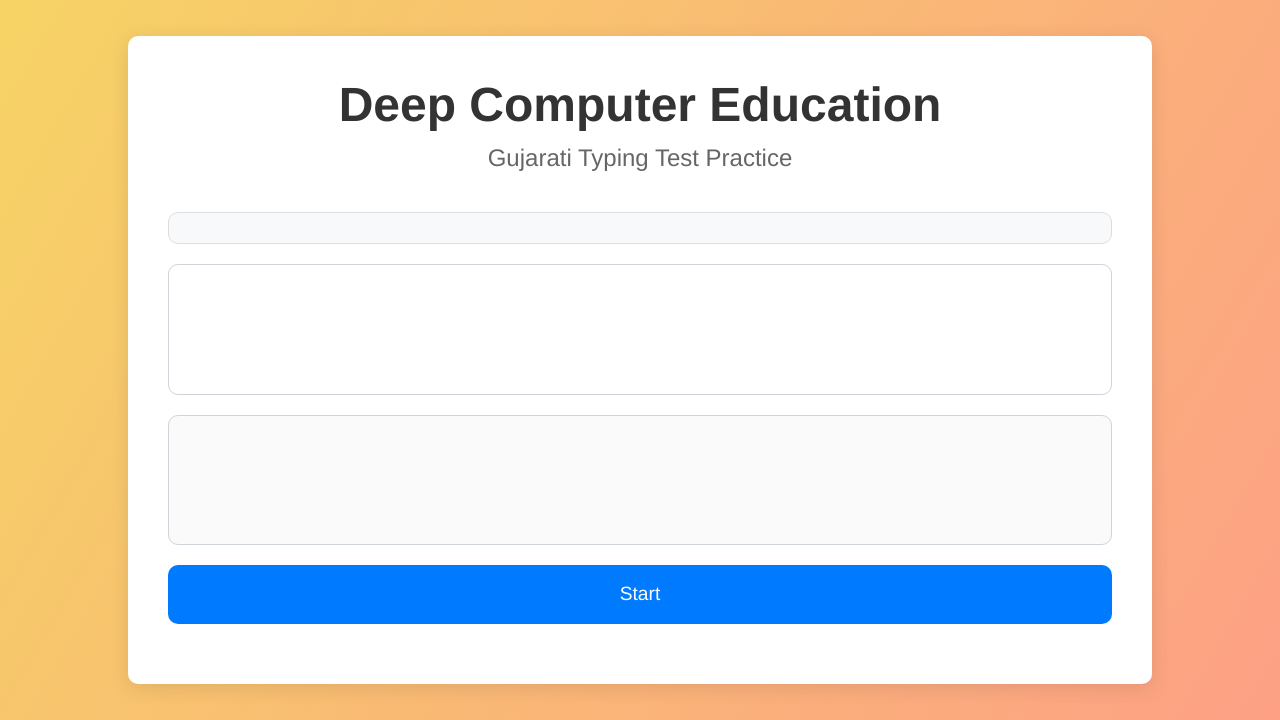
Repository: ssj27072002/Gujarati-typing-test
Page: typingGame/typingTest.html
These files come from the project's save history. The page is drawn as it stood at one moment and after a run of saves; the edit follows.
The browser window is 1280 px wide. The pictures show the whole page.

Above is the page before, as saved 2024-06-25 14:40:13.
Console error: SyntaxError: Unexpected number

### typingGame/typingTest.html
<!DOCTYPE html>
<html lang="en">
<head>
    <meta charset="UTF-8">
    <meta name="viewport" content="width=device-width, initial-scale=1.0">
    <title>Gujarati Typing Test</title>
    <link href="https://stackpath.bootstrapcdn.com/bootstrap/4.5.2/css/bootstrap.min.css" rel="stylesheet">
    <link rel="stylesheet" href="css/style.css">
</head>
<body>
    <div class="typing-section">
        <div class="header">
            <h1>Deep Computer Education</h1>
            <h2>Gujarati Typing Test Practice</h2>
            <div class="timer" id="show-time"></div>
        </div>
        <div id="showSentence" class="scrollable-paragraph"></div>
        <div id="coloredText" class="styled-textarea"></div>
        <textarea id="textarea" class="styled-textarea" disabled></textarea>
        <button id="btn" class="styled-button">Start</button>
        <div id="score"></div>
    </div>
    <script src="js/index.js"></script>
</body>
</html>

### typingGame/css/style.css
/* General Styles */
body {
    font-family: 'Helvetica Neue', sans-serif;
    background: linear-gradient(120deg, #f6d365 0%, #fda085 100%);
    margin: 0;
    padding: 0;
    display: flex;
    justify-content: center;
    align-items: center;
    height: 100vh;
    box-sizing: border-box;
    overflow: hidden;
}

/* Index Page Styles */
.lesson-section {
    background-color: #ffffff;
    padding: 40px;
    border-radius: 10px;
    box-shadow: 0 4px 20px rgba(0, 0, 0, 0.1);
    text-align: center;
    width: 80%;
    max-width: 1200px;
    height: 80%;
    display: flex;
    flex-direction: column;
    justify-content: center;
    align-items: center;
}

.header {
    margin-bottom: 30px;
}

.header h1 {
    font-size: 2.5rem;
    font-weight: bold;
    color: #333;
    margin-bottom: 10px;
}

.header h2 {
    font-size: 1.5rem;
    color: #666;
}

.lessons {
    display: flex;
    justify-content: space-between;
    width: 100%;
    max-width: 800px;
}

.lesson-card {
    background-color: #17a2b8;
    color: #fff;
    padding: 20px;
    border-radius: 10px;
    cursor: pointer;
    transition: background-color 0.3s, transform 0.3s;
    flex: 1;
    margin: 0 10px;
    text-align: center;
    font-size: 1.2rem;
    font-weight: 500;
}

.lesson-card:hover {
    background-color: #138496;
    transform: scale(1.05);
}

/* Typing Test Page Styles */
.typing-section {
    background-color: #ffffff;
    padding: 40px;
    border-radius: 10px;
    box-shadow: 0 4px 20px rgba(0, 0, 0, 0.1);
    text-align: center;
    width: 80%;
    max-width: 1200px;
    height: 90%;
    display: flex;
    flex-direction: column;
    justify-content: space-between;
}

.header {
    margin-bottom: 20px;
}

.header h1 {
    font-size: 3rem;
    font-weight: bold;
    color: #333;
    margin-bottom: 10px;
}

.header h2 {
    font-size: 1.5rem;
    color: #666;
}

.timer {
    font-size: 2rem;
    color: #333;
    margin-bottom: 20px;
}

#showSentence {
    max-height: 150px;
    overflow-y: auto;
    margin-bottom: 20px;
    font-size: 1.2rem;
    text-align: left;
    border: 1px solid #ddd;
    border-radius: 10px;
    padding: 15px;
    background-color: #f8f9fa;
}

#coloredText {
    margin-bottom: 20px;
    font-size: 1.2rem;
    text-align: left;
    white-space: pre-wrap;
    word-wrap: break-word;
}

.styled-textarea {
    width: 100%;
    height: 150px;
    padding: 20px;
    border-radius: 10px;
    border: 1px solid #ced4da;
    font-size: 1.5rem;
    margin-bottom: 20px;
    resize: none;
}

.styled-button {
    padding: 15px 30px;
    border: none;
    border-radius: 10px;
    background-color: #007bff;
    color: #fff;
    font-size: 1.2rem;
    cursor: pointer;
    transition: background-color 0.3s, transform 0.3s;
}

.styled-button:hover {
    background-color: #0056b3;
    transform: scale(1.05);
}

.styled-button:disabled {
    background-color: #aaa;
    cursor: not-allowed;
}

.error {
    color: #dc3545;
}

.correct {
    color: #28a745;
}

#score {
    font-size: 1.2rem;
    color: #333;
    margin-top: 20px;
}

### typingGame/js/index.js
document.addEventListener('DOMContentLoaded', function () {
    const typingGround = document.querySelector('#textarea');
    const btn = document.querySelector('#btn');
    const score = document.querySelector('#score');
    const showSentence = document.querySelector('#showSentence');
    const showTime = document.querySelector('#show-time');
    const coloredText = document.querySelector('#coloredText');

    const urlParams = new URLSearchParams(window.location.search);
    const lesson = urlParams.get('lesson');

    let startTime, endTime, totalTimeTaken, sentenceToWrite;
    let correctWords = 0, backspaceCount = 0;

    const paragraphs = {
        1: `ક ખ ગ ઘ ઙ ચ છ જ ઝ ઞ ટ ઠ ડ ઢ ણ ત થ દ ધ ન પ ફ બ ભ મ ય ર લ વ શ ષ સ હ ળ ક્ષ જ્ઞ`,
        3: `બકમા વછીસ બકમા વછીસ બકમા વછીસ બકમા વછીસ બકમા વછીસ`,
        4: `સરસ સહજ સત્ય સાવચેતી, સાવકે સજળ સરોવર સહનશે.`,
        5: `પ્રેમાનંદ ભટ્ટ મધ્યકાલીન ગુજરાતી કવિ હતા. તેઓ પોતાની અખૈયા રચનાઓ માટે જાણીતા છે. પ્રેમાનંદ માણભટ્ટની પરંપરાનાં કવિ મનાય છે.`,
        6: `ક ખ ગ ઘ ઙ ચ છ જ ઝ ઞ ટ ઠ ડ ઢ ણ ત થ દ ધ ન પ ફ બ ભ મ ય ર લ વ શ ષ સ હ ળ ક્ષ જ્ઞ`,
        7: `બકમા વછીસ બકમા વછીસ બકમા વછીસ બકમા વછીસ બકમા વછીસ`,
        8: `સરસ સહજ સત્ય સાવચેતી, સાવકે સજળ સરોવર સહનશે.`,
        9: `પ્રેમાનંદ ભટ્ટ મધ્યકાલીન ગુજરાતી કવિ હતા. તેઓ પોતાની અખૈયા રચનાઓ માટે જાણીતા છે. પ્રેમાનંદ માણભટ્ટની પરંપરાનાં કવિ મનાય છે.`,
        10: `ક ખ ગ ઘ ઙ ચ છ જ ઝ ઞ ટ ઠ ડ ઢ ણ ત થ દ ધ ન પ ફ બ ભ મ ય ર લ વ શ ષ સ હ ળ ક્ષ જ્ઞ`,
        11: `બકમા વછીસ બકમા વછીસ બકમા વછીસ બકમા વછીસ બકમા વછીસ`,
        12: `સરસ સહજ સત્ય સાવચેતી, સાવકે સજળ સરોવર સહનશે.`,
        13: `પ્રેમાનંદ ભટ્ટ મધ્યકાલીન ગુજરાતી કવિ હતા. તેઓ પોતાની અખૈયા રચનાઓ માટે જાણીતા છે. પ્રેમાનંદ માણભટ્ટની પરંપરાનાં કવિ મનાય છે.`,
        14: `ક ખ ગ ઘ ઙ ચ છ જ ઝ ઞ ટ ઠ ડ ઢ ણ ત થ દ ધ ન પ ફ બ ભ મ ય ર લ વ શ ષ સ હ ળ ક્ષ જ્ઞ`,
        15: `બકમા વછીસ બકમા વછીસ બકમા વછીસ બકમા વછીસ બકમા વછીસ`,
        1: `સરસ સહજ સત્ય સાવચેતી, સાવકે સજળ સરોવર સહનશે.`,
        2: `પ્રેમાનંદ ભટ્ટ મધ્યકાલીન ગુજરાતી કવિ હતા. તેઓ પોતાની અખૈયા રચનાઓ માટે જાણીતા છે. પ્રેમાનંદ માણભટ્ટની પરંપરાનાં કવિ મનાય છે.`
        3: `ક ખ ગ ઘ ઙ ચ છ જ ઝ ઞ ટ ઠ ડ ઢ ણ ત થ દ ધ ન પ ફ બ ભ મ ય ર લ વ શ ષ સ હ ળ ક્ષ જ્ઞ`,
        3: `બકમા વછીસ બકમા વછીસ બકમા વછીસ બકમા વછીસ બકમા વછીસ`,
        4: `સરસ સહજ સત્ય સાવચેતી, સાવકે સજળ સરોવર સહનશે.`,
        5: `પ્રેમાનંદ ભટ્ટ મધ્યકાલીન ગુજરાતી કવિ હતા. તેઓ પોતાની અખૈયા રચનાઓ માટે જાણીતા છે. પ્રેમાનંદ માણભટ્ટની પરંપરાનાં કવિ મનાય છે.`
        // Add more lessons here
    };

    if (lesson && paragraphs[lesson]) {
        sentenceToWrite = paragraphs[lesson].split(' ');
        showSentence.innerHTML = paragraphs[lesson];
    } else {
        showSentence.innerHTML = 'Invalid lesson selected.';
        btn.setAttribute('disabled', 'true');
        typingGround.setAttribute('disabled', 'true');
    }

    const calculateTypingSpeed = (time_taken) => {
        let typingSpeed = (correctWords / time_taken) * 60;
        typingSpeed = Math.round(typingSpeed);

        const accuracy = Math.round((correctWords / sentenceToWrite.length) * 100);

        score.innerHTML = `Your typing speed is ${typingSpeed} words per minute. Correct words: ${correctWords}, Backspaces: ${backspaceCount}, Accuracy: ${accuracy}%. Time taken: ${time_taken} sec.`;
    };

    const endTypingTest = () => {
        btn.innerText = "Start";
        clearInterval(intervalID);
        const date = new Date();
        endTime = date.getTime();

        totalTimeTaken = (endTime - startTime) / 1000;

        calculateTypingSpeed(totalTimeTaken);

        typingGround.setAttribute('disabled', 'true');
    };

    let intervalID, elapsedTime = 0;

    const showTimer = () => {
        if (btn.innerText === "Done") {
            intervalID = setInterval(() => {
                elapsedTime++;
                showTime.innerHTML = elapsedTime;
            }, 1000);
        } else if (btn.innerText === "Start") {
            elapsedTime = 0;
            clearInterval(intervalID);
            showTime.innerHTML = "";
        }
    };

    const startTyping = () => {
        typingGround.value = '';
        coloredText.innerHTML = '';
        typingGround.removeAttribute('disabled');
        btn.removeAttribute('disabled');
        showSentence.innerHTML = paragraphs[lesson];

        correctWords = 0;
        backspaceCount = 0;

        const date = new Date();
        startTime = date.getTime();
        btn.innerText = "Done";

        showTimer();
    };

    typingGround.addEventListener('input', () => {
        const userInput = typingGround.value.trim();
        const userWords = userInput.split(/\s+/);

        coloredText.innerHTML = '';

        userWords.forEach((word, index) => {
            const span = document.createElement('span');
            if (index < sentenceToWrite.length) {
                if (word === sentenceToWrite[index]) {
                    span.classList.add('correct');
                } else {
                    span.classList.add('error');
                }
                span.textContent = word + ' ';
                coloredText.appendChild(span);
            }
        });

        // Track correct words
        correctWords = userWords.filter((word, index) => word === sentenceToWrite[index]).length;
    });

    typingGround.addEventListener('keydown', (e) => {
        if (e.key === 'Backspace') {
            backspaceCount++;
        }
    });

    btn.addEventListener('click', () => {
        if (btn.innerText.toLowerCase() === "start") {
            startTyping();
        } else if (btn.innerText.toLowerCase() === "done") {
            endTypingTest();
        }
    });
});

After the next 3 saves:
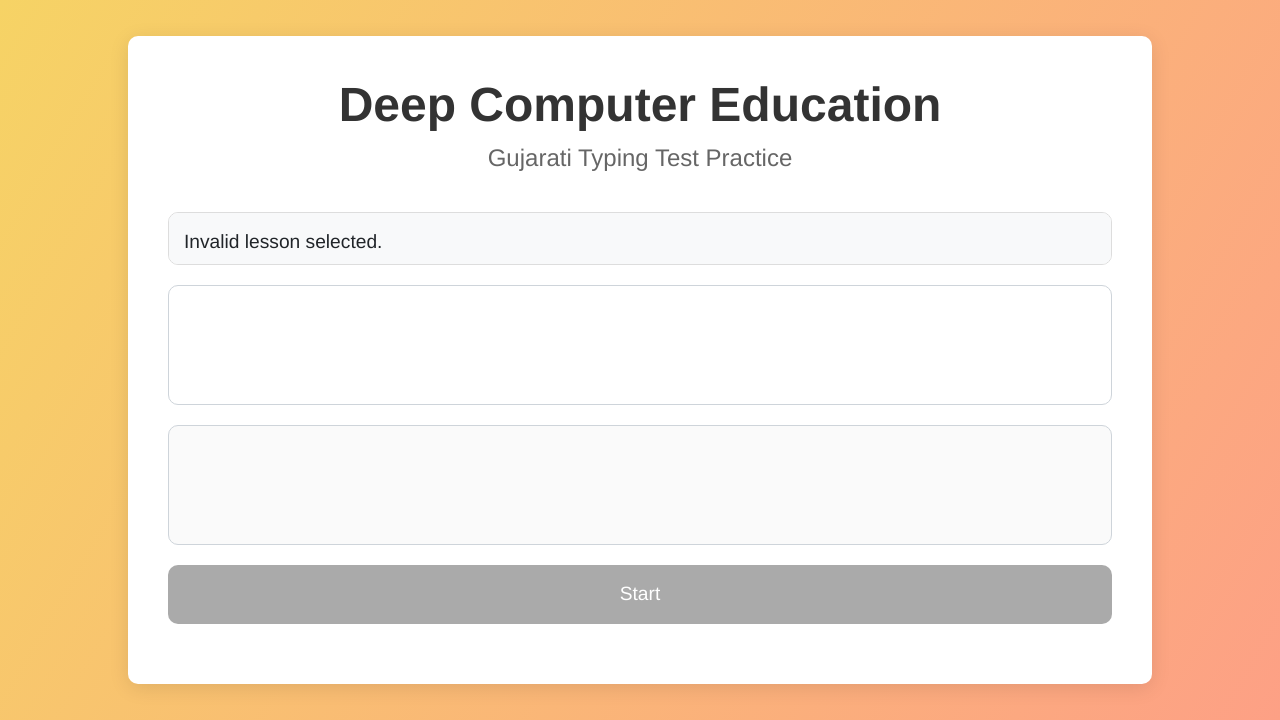
The error is gone.
The 3 saves are shown as one change because they came seconds apart.
The last was saved 8 s later.
--- a/typingGame/js/index.js
+++ b/typingGame/js/index.js
@@ -28,8 +28,12 @@
         14: `ક ખ ગ ઘ ઙ ચ છ જ ઝ ઞ ટ ઠ ડ ઢ ણ ત થ દ ધ ન પ ફ બ ભ મ ય ર લ વ શ ષ સ હ ળ ક્ષ જ્ઞ`,
         15: `બકમા વછીસ બકમા વછીસ બકમા વછીસ બકમા વછીસ બકમા વછીસ`,
         1: `સરસ સહજ સત્ય સાવચેતી, સાવકે સજળ સરોવર સહનશે.`,
-        2: `પ્રેમાનંદ ભટ્ટ મધ્યકાલીન ગુજરાતી કવિ હતા. તેઓ પોતાની અખૈયા રચનાઓ માટે જાણીતા છે. પ્રેમાનંદ માણભટ્ટની પરંપરાનાં કવિ મનાય છે.`
+        2: `પ્રેમાનંદ ભટ્ટ મધ્યકાલીન ગુજરાતી કવિ હતા. તેઓ પોતાની અખૈયા રચનાઓ માટે જાણીતા છે. પ્રેમાનંદ માણભટ્ટની પરંપરાનાં કવિ મનાય છે.`,
         3: `ક ખ ગ ઘ ઙ ચ છ જ ઝ ઞ ટ ઠ ડ ઢ ણ ત થ દ ધ ન પ ફ બ ભ મ ય ર લ વ શ ષ સ હ ળ ક્ષ જ્ઞ`,
+        3: `બકમા વછીસ બકમા વછીસ બકમા વછીસ બકમા વછીસ બકમા વછીસ`,
+        4: `સરસ સહજ સત્ય સાવચેતી, સાવકે સજળ સરોવર સહનશે.`,
+        5: `પ્રેમાનંદ ભટ્ટ મધ્યકાલીન ગુજરાતી કવિ હતા. તેઓ પોતાની અખૈયા રચનાઓ માટે જાણીતા છે. પ્રેમાનંદ માણભટ્ટની પરંપરાનાં કવિ મનાય છે.`,
+        1: `ક ખ ગ ઘ ઙ ચ છ જ ઝ ઞ ટ ઠ ડ ઢ ણ ત થ દ ધ ન પ ફ બ ભ મ ય ર લ વ શ ષ સ હ ળ ક્ષ જ્ઞ`,
         3: `બકમા વછીસ બકમા વછીસ બકમા વછીસ બકમા વછીસ બકમા વછીસ`,
         4: `સરસ સહજ સત્ય સાવચેતી, સાવકે સજળ સરોવર સહનશે.`,
         5: `પ્રેમાનંદ ભટ્ટ મધ્યકાલીન ગુજરાતી કવિ હતા. તેઓ પોતાની અખૈયા રચનાઓ માટે જાણીતા છે. પ્રેમાનંદ માણભટ્ટની પરંપરાનાં કવિ મનાય છે.`
